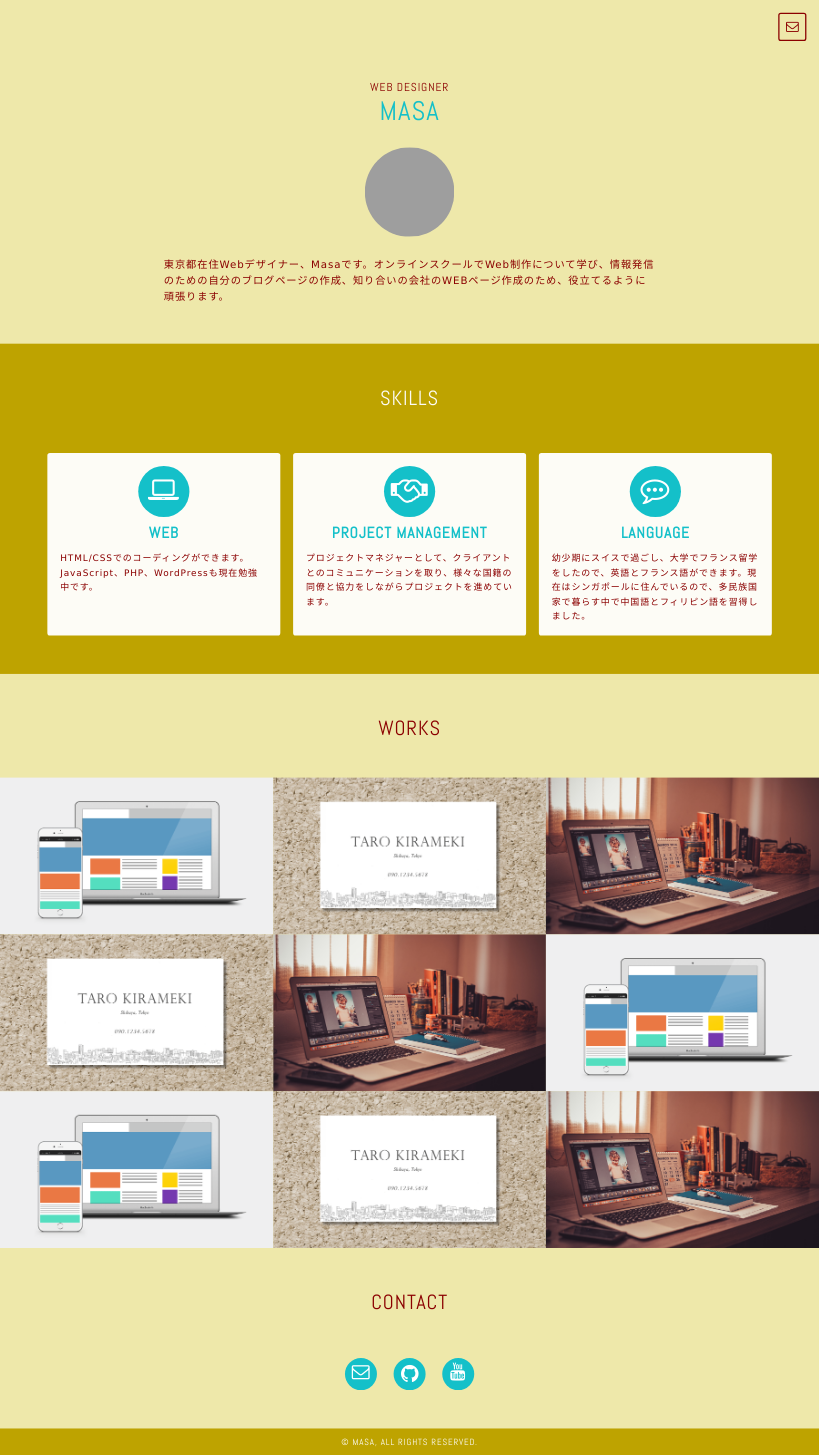
Repository: mochiai0908/maasa
Page: portofolio/index.html
The author's editor kept a record of every edit. The page is drawn from the files as they stood at one moment, then again after the next edit.
The browser window is 1280 px wide. The pictures show the whole page, at 64% of full size.
Pictures or frames that could not be fetched are drawn as grey boxes. Some web libraries are served in a nearby version.

Above is the page before.

After the next edit:
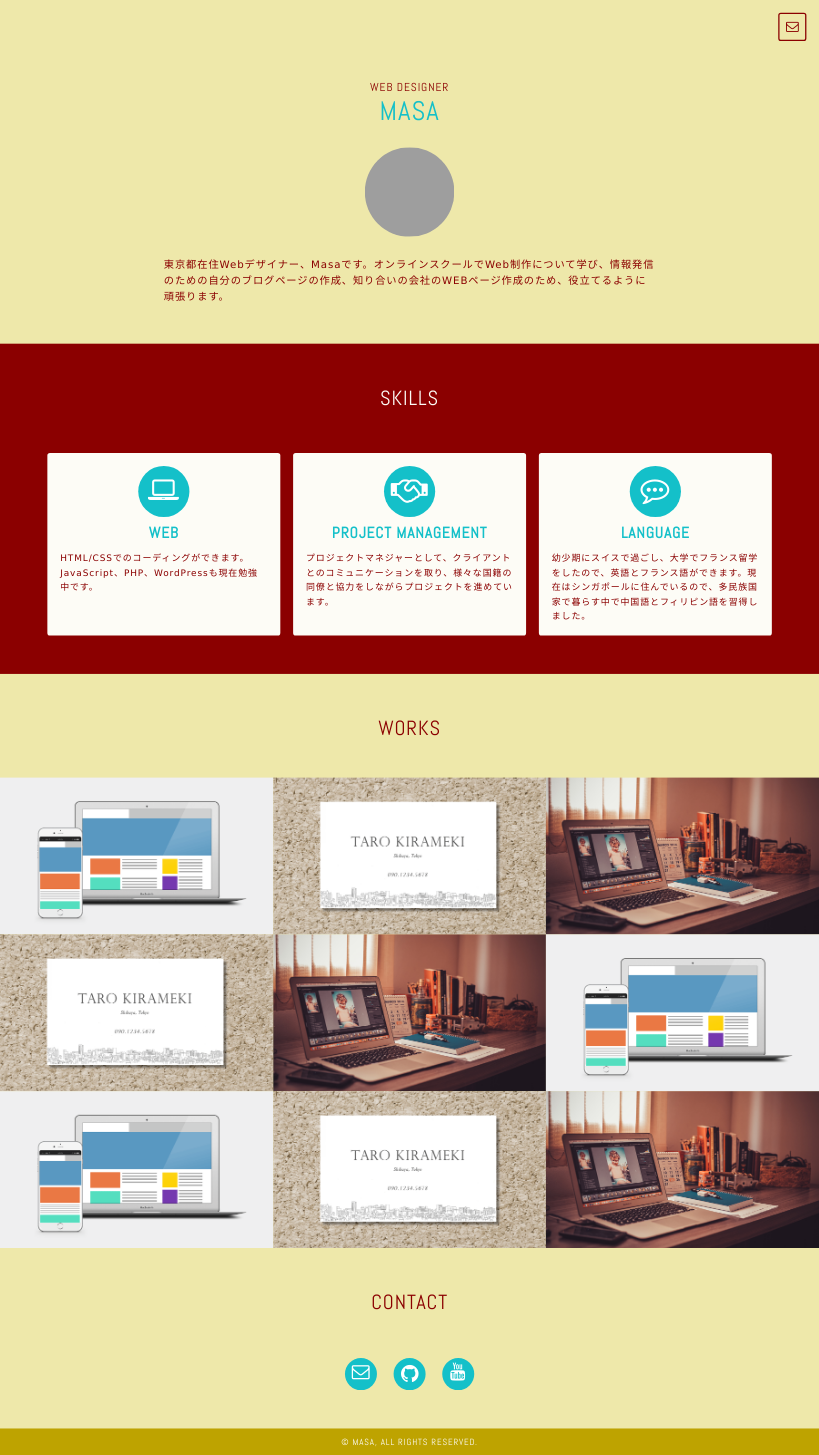
The edit:
--- a/portofolio/css/style.css
+++ b/portofolio/css/style.css
@@ -142,7 +142,7 @@
 }
 #skills
 {
-    background-color: #bea300;
+    background-color: #8b0000;
 }
 #skills .container
 {
